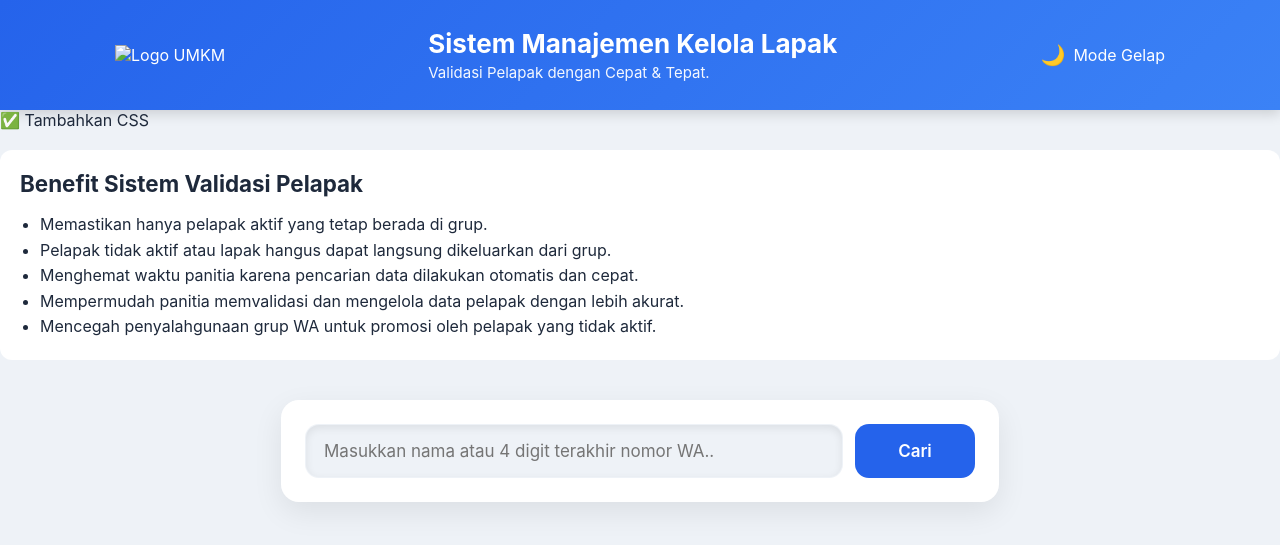
Repository: pasarrakyatbak/ceklapak
Page: index.html
An editor plug-in stored every save of this project. The page is shown before and after the next save, followed by the edit.
The browser window is 1280 px wide. The pictures show the whole page.

Above is the page before, as saved 2025-11-19 06:55:32.
Not found: logo.png

### index.html
<!DOCTYPE html>
<html lang="id">

<head>
    <meta charset="UTF-8" />
    <meta name="viewport" content="width=device-width, initial-scale=1.0" />
    <title>Pencarian Pelapak UMKM</title>
    <link rel="stylesheet" href="style.css" />
</head>

<body>
    <header>
        <div class="header-inner">

            <!-- LOGO UMKM -->
            <div class="logo-box">
                <img src="logo.png" alt="Logo UMKM" class="logo">
            </div>

            <div class="header-text">
                <h1>Sistem Manajemen Kelola Lapak</h1>
                <p class="desc">
                    Validasi Pelapak dengan Cepat & Tepat.
                </p>
            </div>

            <div class="controls">
                <label class="theme-toggle" aria-label="Toggle dark mode">
                    <input id="themeToggle" type="checkbox" />
                    <span class="toggle-icon">🌙</span>
                    <span class="toggle-text">Mode Gelap</span>
                </label>
            </div>
        </div>
    </header>

    ✅ Tambahkan CSS
    <section class="benefit-section">
        <h2>Benefit Sistem Validasi Pelapak</h2>
        <ul class="benefit-list">
            <li>Memastikan hanya pelapak aktif yang tetap berada di grup.</li>
            <li>Pelapak tidak aktif atau lapak hangus dapat langsung dikeluarkan dari grup.</li>
            <li>Menghemat waktu panitia karena pencarian data dilakukan otomatis dan cepat.</li>
            <li>Mempermudah panitia memvalidasi dan mengelola data pelapak dengan lebih akurat.</li>
            <li>Mencegah penyalahgunaan grup WA untuk promosi oleh pelapak yang tidak aktif.</li>
        </ul>
    </section>

    <main>
        <section class="search-card">
            <div class="search-box">
                <input type="text" id="queryInput" placeholder="Masukkan nama atau 4 digit terakhir nomor WA.."
                    autocomplete="off" aria-label="Kolom pencarian pelapak" />
                <button id="searchBtn" aria-label="Tombol cari pelapak">Cari</button>
            </div>
        </section>

        <!-- RESULT BOX -->
        <section>
            <div id="resultBox" class="result-box hidden" role="region" aria-live="polite"></div>
        </section>

        <!-- LOADING SPINNER -->
        <div id="loader" class="loader hidden" aria-hidden="true"></div>

        <!-- SKELETON LOADING -->
        <div id="skeletonBox" class="skeleton-box hidden" aria-hidden="true">
            <div class="skeleton-item"></div>
            <div class="skeleton-item"></div>
            <div class="skeleton-item"></div>
        </div>
    </main>

    <script src="app.js"></script>
</body>

</html>

### style.css
/* === Color variables === */
:root {
    --bg: #eef2f7;
    --card: #ffffff;
    --text: #1e293b;
    --muted: #64748b;
    --primary: #2563eb;
    --primary-light: #3b82f6;
    --shadow: rgba(0, 0, 0, 0.08);

    --font-lg: 17px;
    --font-base: 16px;
    --font-sm: 14px;
}

body.dark {
    --bg: #0d1117;
    --card: #161b22;
    --text: #e5e7eb;
    --muted: #9ca3af;
    --primary: #3b82f6;
    --primary-light: #60a5fa;
    --shadow: rgba(0, 0, 0, 0.45);
}

/* === Base === */
* {
    margin: 0;
    padding: 0;
    box-sizing: border-box;
    font-family: "Inter", system-ui, sans-serif;
}

body {
    background: var(--bg);
    color: var(--text);
    transition: 0.3s ease;
    padding-bottom: 40px;
}

/* === Header === */
header {
    background: linear-gradient(135deg, var(--primary), var(--primary-light));
    padding: 28px 20px;
    color: white;
    box-shadow: 0 4px 12px rgba(0, 0, 0, 0.15);
}

.header-inner {
    max-width: 1050px;
    margin: auto;
    display: flex;
    justify-content: space-between;
    align-items: center;
}

header h1 {
    font-size: 26px;
    font-weight: 700;
}

.desc {
    font-size: 15px;
    opacity: 0.95;
    margin-top: 4px;
}

/* === Dark mode toggle === */
.theme-toggle {
    display: flex;
    align-items: center;
    gap: 8px;
    cursor: pointer;
    user-select: none;
}

.theme-toggle input {
    display: none;
}

.toggle-icon {
    font-size: 20px;
}

.toggle-text {
    font-size: 16px;
}

/* === Search Card === */
main {
    max-width: 750px;
    margin: 40px auto;
    padding: 0 16px;
}

.search-card {
    background: var(--card);
    padding: 24px;
    border-radius: 18px;
    box-shadow: 0 10px 30px var(--shadow);
    backdrop-filter: blur(4px);
}

/* search box */
.search-box {
    display: flex;
    gap: 12px;
}

.search-box input {
    flex: 1;
    padding: 16px 18px;
    border-radius: 14px;
    border: 1px solid transparent;
    background: var(--bg);
    color: var(--text);
    font-size: 17px;
    box-shadow: inset 0 3px 8px var(--shadow);
    transition: 0.2s;
}

.search-box input:focus {
    border-color: var(--primary);
    outline: none;
}

.search-box button {
    padding: 16px 20px;
    background: var(--primary);
    color: white;
    font-size: 17px;
    font-weight: 600;
    border: none;
    border-radius: 14px;
    cursor: pointer;
    transition: 0.2s;
    min-width: 120px;
}

.search-box button:hover {
    background: var(--primary-light);
    transform: translateY(-2px);
}

/* === Result Box === */
.result-box {
    margin-top: 28px;
}

/* result card improved */
.result-item {
    background: var(--card);
    padding: 22px;
    margin-bottom: 16px;
    border-radius: 16px;
    box-shadow: 0 6px 18px var(--shadow);
    border-left: 6px solid var(--primary);
    transition: 0.2s ease;
}

.result-item:hover {
    transform: translateY(-3px);
}

.result-item strong {
    color: var(--primary);
    font-size: 18px;
}

.result-item div {
    font-size: 17px;
    margin-bottom: 6px;
}

.small {
    margin-top: 6px;
    font-size: 15px;
    color: var(--muted);
}

.benefit-section {
    margin: 20px 0;
    padding: 20px;
    background: var(--card);
    border-radius: 12px;
    box-shadow: var(--shadow);
}

.benefit-section h2 {
    margin-bottom: 15px;
    font-size: 1.4rem;
}

.benefit-list {
    list-style: disc;
    margin-left: 20px;
    line-height: 1.6;
}

/* === BADGE STYLING === */
.badge {
    display: inline-block;
    padding: 6px 12px;
    border-radius: 10px;
    font-size: 15px;
    font-weight: 600;
    margin-left: 6px;
    color: white;
}

/* Light Mode Colors */
body:not(.dark) .badge-name {
    background: #1e40af;
    /* blue-800 */
}

body:not(.dark) .badge-wa {
    background: #166534;
    /* green-800 */
}

body:not(.dark) .badge-lapak {
    background: #334155;
    /* slate-700 */
}

/* Dark Mode Colors – dibuat sedikit lebih terang agar tetap terlihat */
body.dark .badge-name {
    background: #3b82f6;
    /* blue-500 */
}

body.dark .badge-wa {
    background: #22c55e;
    /* green-500 */
}

body.dark .badge-lapak {
    background: #64748b;
    /* slate-500 */
}

/* === Skeleton Loader === */
.skeleton-box {
    margin-top: 25px;
}

.skeleton-item {
    height: 90px;
    background: linear-gradient(90deg,
            var(--card) 0%,
            var(--bg) 50%,
            var(--card) 100%);
    background-size: 200% 100%;
    border-radius: 16px;
    margin-bottom: 16px;
    animation: shimmer 1.4s infinite;
}

@keyframes shimmer {
    0% {
        background-position: -200% 0;
    }

    100% {
        background-position: 200% 0;
    }
}

/* === Loader === */
.loader {
    width: 42px;
    height: 42px;
    border: 4px solid transparent;
    border-top-color: var(--primary);
    border-right-color: var(--primary-light);
    border-radius: 50%;
    animation: spin 0.75s linear infinite;
    margin: 28px auto;
}

@keyframes spin {
    to {
        transform: rotate(360deg);
    }
}

.hidden {
    display: none !important;
    opacity: 0 !important;
}


/* === Responsive (tablet + mobile) === */
@media (max-width: 768px) {
    header h1 {
        font-size: 22px;
    }

    .search-card {
        padding: 20px;
    }

    .result-item {
        padding: 20px;
    }

    .result-item strong {
        font-size: 17px;
    }
}

@media (max-width: 480px) {

    .header-inner {
        flex-direction: column;
        align-items: flex-start;
        gap: 12px;
    }

    .search-box {
        flex-direction: column;
    }

    .search-box input,
    .search-box button {
        width: 100%;
        font-size: 16px;
    }

    .result-item div {
        font-size: 16px;
    }

    .result-item strong {
        font-size: 17px;
    }
}

### app.js
// === CONFIG ===
const API_URL = "https://script.google.com/macros/s/AKfycby4z2qZ24SrJkcyGpybH29lSUC_3_z1LG-7wSmTzpaOEXrwjXf0Cl3hqkg95qAxPj1-/exec";

// DOM
const searchBtn = document.getElementById("searchBtn");
const queryInput = document.getElementById("queryInput");
const resultBox = document.getElementById("resultBox");
const themeToggle = document.getElementById("themeToggle");
const toggleText = document.querySelector(".toggle-text");
const toggleIcon = document.querySelector(".toggle-icon");
const skeletonBox = document.getElementById("skeletonBox");
const loader = document.getElementById("loader");

// Load saved theme
if (localStorage.getItem("theme") === "dark") {
    document.body.classList.add("dark");
    themeToggle.checked = true;
    toggleText.textContent = "Mode Terang";
    toggleIcon.textContent = "☀️";
}

themeToggle.addEventListener("change", () => {
    if (themeToggle.checked) {
        document.body.classList.add("dark");
        toggleText.textContent = "Mode Terang";
        toggleIcon.textContent = "☀️";
        localStorage.setItem("theme", "dark");
    } else {
        document.body.classList.remove("dark");
        toggleText.textContent = "Mode Gelap";
        toggleIcon.textContent = "🌙";
        localStorage.setItem("theme", "light");
    }
});
// Search
searchBtn.addEventListener("click", searchData);
queryInput.addEventListener("keypress", e => e.key === "Enter" && searchData());

// Clean
function cleanNumber(input) {
    return input.replace(/\s|\.|-|\(|\)|\+/g, "");
}

function normalizePhone(phone) {
    if (!phone) return "";
    const digits = phone.replace(/[^0-9]/g, "");
    if (!digits) return "";
    if (digits.startsWith("0")) return digits;
    return "0" + digits;
}

// Main search
function searchData() {
    const raw = queryInput.value.trim();

    // Jika input kosong → matikan loader & skeleton
    if (!raw) {
        hideSkeleton();
        hideLoader();
        return renderError("Masukkan nama atau angka.");
    }

    showSkeleton();
    showLoader();

    const onlyDigits = cleanNumber(raw);
    const is4 = /^\d{4}$/.test(onlyDigits);
    const q = is4 ? onlyDigits : raw.toLowerCase();

    fetch(`${API_URL}?q=${encodeURIComponent(q)}`)
        .then(res => res.json())
        .then(data => {
            hideSkeleton();
            hideLoader();

            if (!data || data.status === "error")
                return renderError(data?.pesan || "Tidak ditemukan.");

            const normalized = (data.hasil || []).map(item => ({
                nama: item.nama,
                nomor_whatsapp: normalizePhone(item.nomor_whatsapp || ""),
                nomor_lapak: item.nomor_lapak || "Tidak ada",
                baris: item.baris
            }));

            renderResults(normalized);
        })
        .catch(() => {
            hideSkeleton();
            hideLoader();
            renderError("Server tidak merespon.");
        });
}


function renderResults(results) {
    resultBox.classList.remove("hidden");

    if (!results.length) {
        resultBox.innerHTML = `<p class="empty">Tidak ada hasil.</p>`;
        return;
    }

    let html = "";
    results.forEach(r => {
        html += `
<div class="result-item">
    <div><strong>Nama:</strong>
        <span class="badge badge-name">${escape(r.nama)}</span>
    </div>

    <div><strong>Nomor WhatsApp:</strong>
        <span class="badge badge-wa">${escape(r.nomor_whatsapp)}</span>
    </div>

    <div class="small"><strong>Nomor Lapak:</strong>
        <span class="badge badge-lapak">${escape(r.nomor_lapak)}</span>
    </div>
</div>`;
    });

    resultBox.innerHTML = html;
}

function renderError(msg) {
    resultBox.classList.remove("hidden");
    resultBox.innerHTML = `<p style="color:var(--primary);font-weight:600">${escape(msg)}</p>`;
}

function escape(s) {
    return String(s || "—")
        .replace(/&/g, "&amp;")
        .replace(/</g, "&lt;")
        .replace(/>/g, "&gt;");
}

function showSkeleton() {
    skeletonBox.classList.remove("hidden");
    resultBox.classList.add("hidden");
}

function hideSkeleton() {
    skeletonBox.classList.add("hidden");
}

function showLoader() {
    loader.classList.remove("hidden");
    resultBox.classList.add("hidden");
}

function hideLoader() {
    loader.classList.add("hidden");
}

After the next save:
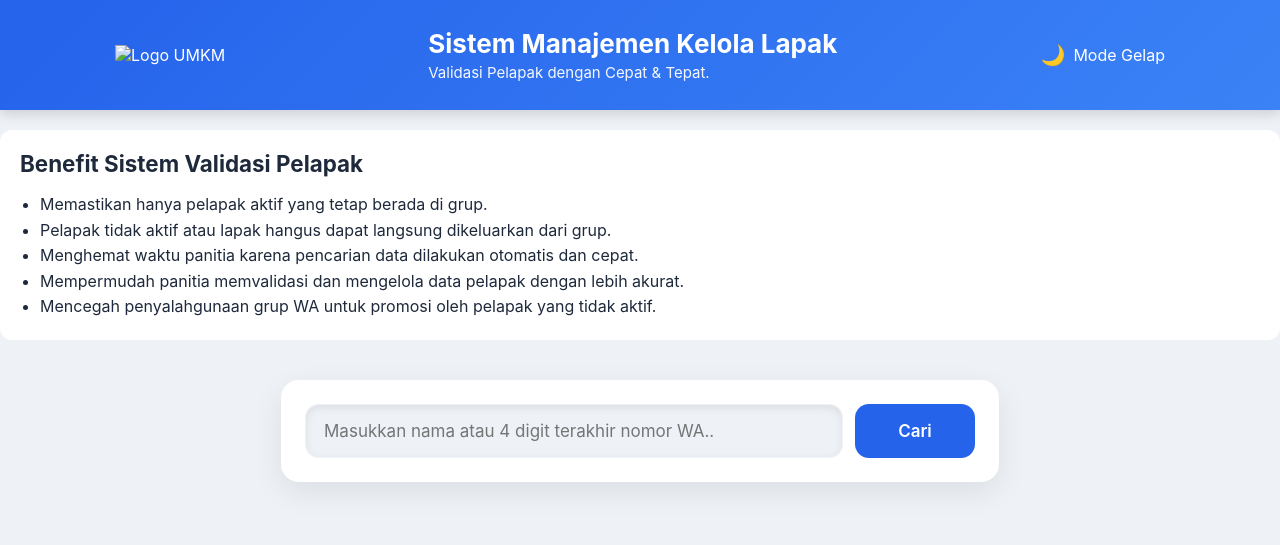
Saved 6 s later.
--- a/index.html
+++ b/index.html
@@ -33,8 +33,6 @@
             </div>
         </div>
     </header>
-
-    ✅ Tambahkan CSS
     <section class="benefit-section">
         <h2>Benefit Sistem Validasi Pelapak</h2>
         <ul class="benefit-list">
